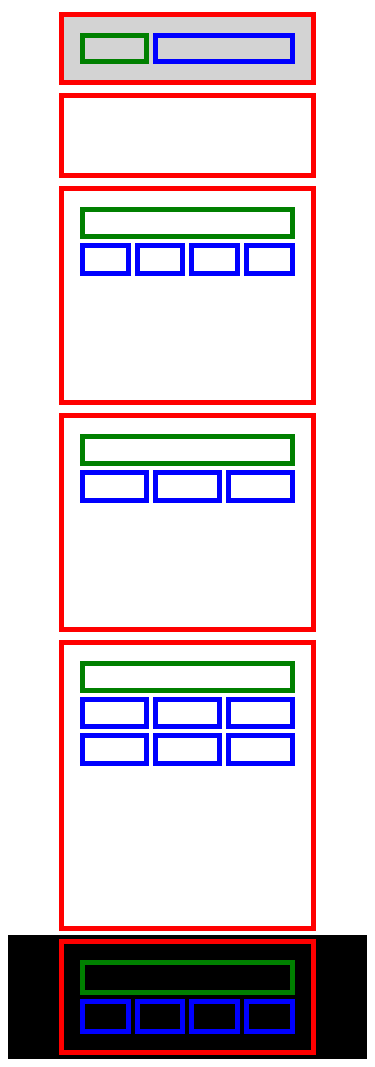
Repository: anderscederberg11/LAB2BG
Page: index.html
These files come from the project's save history. The page is drawn as it stood at one moment and after the next save; the edit follows.
The browser window is 375 px wide. The pictures show the whole page.

Above is the page before, as saved 2024-02-01 20:35:39.

After the next save:
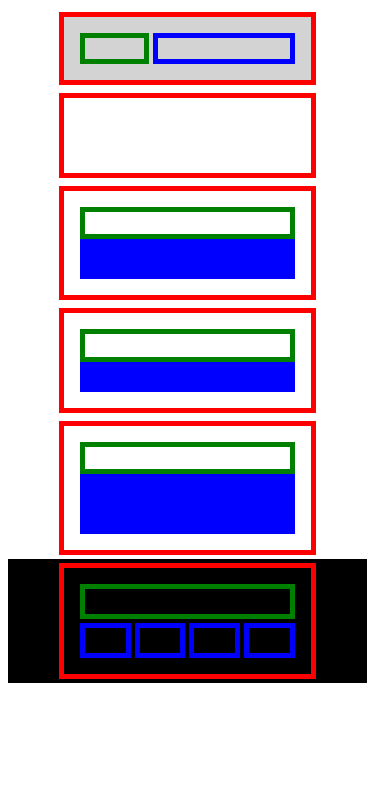
Saved 61 s later.
--- a/css/style.css
+++ b/css/style.css
@@ -121,7 +121,7 @@
     display: none;
   }
   .sectionThree, .sectionFour, .sectionFive{
-    grid-template-columns: 1;
+    display:block
   }
   .sectionThree, .sectionFour{
     grid-template-rows: repeat(5, 1fr);
